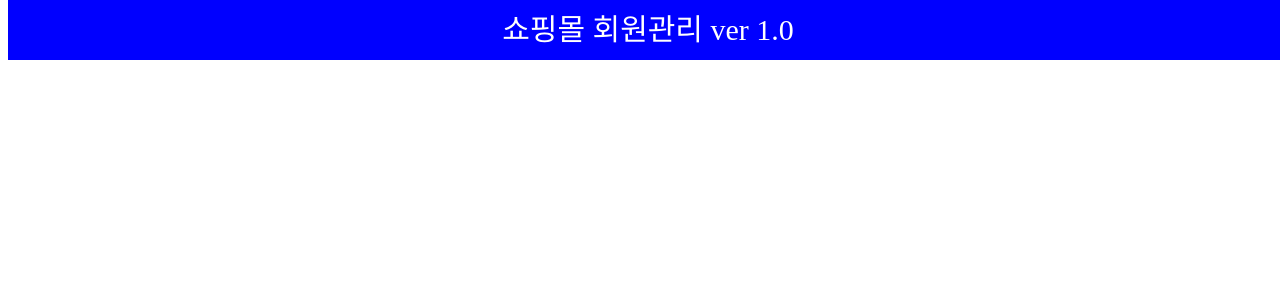
Repository: haileylee94/mini-project
Page: http://localhost/hrd/
These files come from the project's save history. The page is drawn as it stood at one moment and after the next save; the edit follows.
The browser window is 1280 px wide. The pictures show the whole page.
The page is served by Tomcat 9. Other server files are loaded and not shown.

Above is the page before, as saved 2022-11-17 09:13:45.

### hrd/WebContent/index.jsp
<%@ page language="java" contentType="text/html; charset=UTF-8"
    pageEncoding="UTF-8"%>
<!DOCTYPE html>
<html>
<head>
<meta charset="UTF-8">
<title>index</title>
<style type="text/css">
	header{
		position:fixed;
		top:0px;
		width:100%;
		height: 60px;
		background-color: blue;
		color: white;
		text-align: center;
		line-height: 60px;
		font-size: 30px;
	}
</style>
</head>
<body>
	<header>
		쇼핑몰 회원관리 ver 1.0
	</header>
	<nav>
		회원등록	회원목록 조회/수정	회원매출조회	홈으로
	</nav>
</body>
</html>

After the next save:
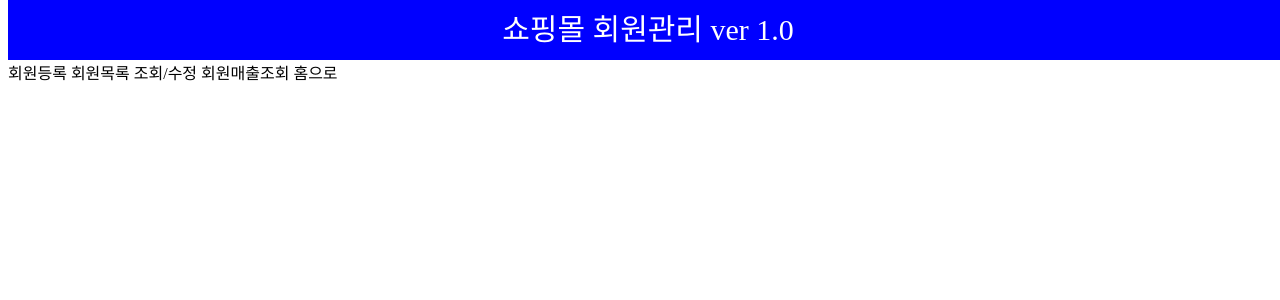
Saved 3 min 42 s later.
--- a/hrd/WebContent/index.jsp
+++ b/hrd/WebContent/index.jsp
@@ -17,6 +17,12 @@
 		line-height: 60px;
 		font-size: 30px;
 	}
+	nav{
+		position: fixed;
+		top: 60px;
+		width: 100%;
+		height: 20px;
+	}
 </style>
 </head>
 <body>
